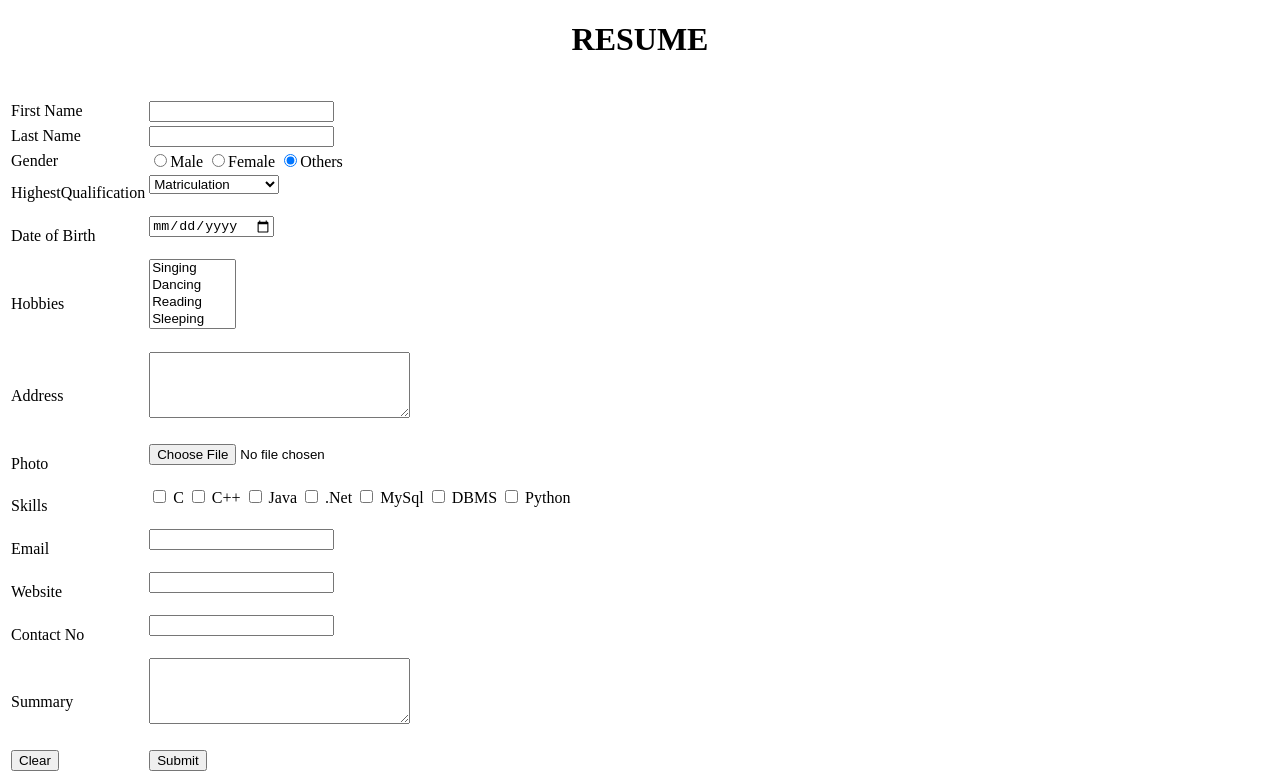
Repository: Rccalfa123/JEE
Page: MyFirstServlet/WebContent/Resume.html
The author's editor kept a copy of each file at every save. The page is drawn from the files as they stood at one save, then again after the next save.
The browser window is 1280 px wide. The pictures show the whole page.

Above is the page before, as saved 2018-08-07 13:40:05.

### MyFirstServlet/WebContent/Resume.html
<!DOCTYPE html>
<html>
<head>
<meta charset="ISO-8859-1">
<title>Resume</title>
</head>
<body>
   <form action="MyServlet" method="get">
   <h1 align="center"> RESUME </h1><br>
  <table >
   <tr><td>First Name </td><td><input type="text" name="fname"></td></tr>

   <tr><td>Last Name</td> <td> <input type="text" name="lname"></td></tr>

   <tr><td>Gender</td> <td><input type="radio" name = "gender" value="male" checked="checked">Male
   		  <input type="radio" name = "gender" value="female" checked="checked">Female
   		  <input type="radio" name = "gender" value="others" checked="checked">Others</td></tr>

   <tr><td>HighestQualification</td> <td><select name = "qualification">
            <option value="matriculation">Matriculation</option>
            <option value="intermediate">Intermediate</option>
            <option value="bachaolor_degree">Bachaelor Degree</option>
            <option value="masters">Masters</option>
   			</select><br><br></td></tr>

   <tr><td>Date of Birth</td><td> <input type="date" name="dob"><br><br></td></tr>

   <tr><td>Hobbies</td> <td><select multiple  name = "hobbies">
            <option value="singing">Singing</option>
            <option value="dancing">Dancing</option>
            <option value="reading">Reading</option>
            <option value="sleeping">Sleeping</option>
            <option value="eating">Eating</option>
            <option value="video_games">Video Games</option>
   			</select><br><br></td></tr>

   <tr><td>Address</td><td> <textarea name="address"   rows="4" cols="30"></textarea><br><br></td></tr>

   <tr><td>Photo</td><td><input type="file"  name="photo"><br><br></td></tr>


   <tr><td>Skills </td>   <td><input type="checkbox" name="skills" value="c"> C
   			 <input type="checkbox" name="skills" value="c++"> C++
   			 <input type="checkbox" name="skills" value="java"> Java
  			 <input type="checkbox" name="skills" value=".net"> .Net
  			 <input type="checkbox" name="skills" value="mysql"> MySql
   			 <input type="checkbox" name="skills" value="dbms"> DBMS
   			 <input type="checkbox" name="skills" value="python"> Python<br><br></td></tr>

  <tr><td>Email</td> <td>   <input type="email"  name="email"> <br><br></td></tr>

  <tr><td>Website</td> <td> <input type="url" name="website"><br><br></td></tr>

  <tr><td>Contact No</td> <td><input type="text" name="contact_no"> <br><br></td></tr>

  <tr><td>Summary </td><td> <textarea name="summary"   rows="4" cols="30"></textarea><br><br></td></tr>

  <tr> <td><input type="reset" value="Clear"></td><td> <input type="submit" value="Submit"> </td></tr>
  </table>
 </form>


</body>
</html>

After the next save:
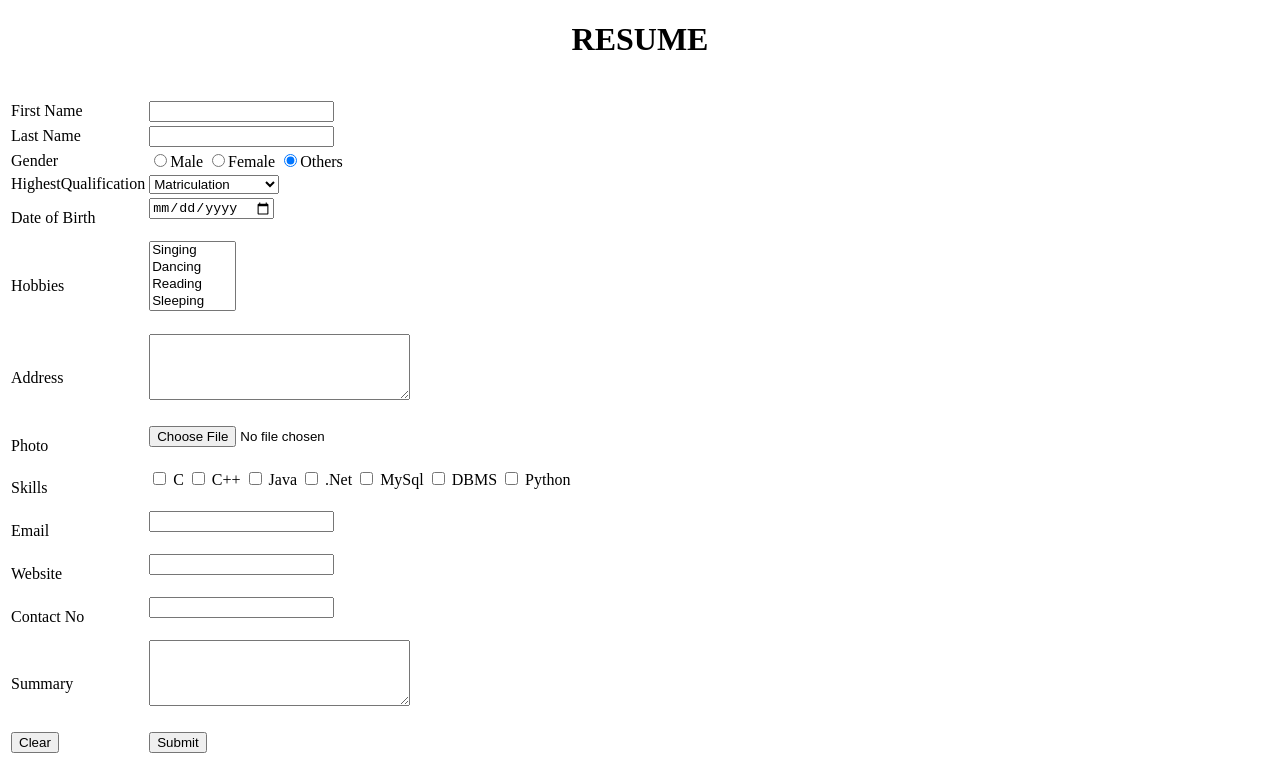
Saved 7 s later.
--- a/MyFirstServlet/WebContent/Resume.html
+++ b/MyFirstServlet/WebContent/Resume.html
@@ -21,7 +21,7 @@
             <option value="intermediate">Intermediate</option>
             <option value="bachaolor_degree">Bachaelor Degree</option>
             <option value="masters">Masters</option>
-   			</select><br><br></td></tr>
+   			</select></td></tr>
 
    <tr><td>Date of Birth</td><td> <input type="date" name="dob"><br><br></td></tr>
 
